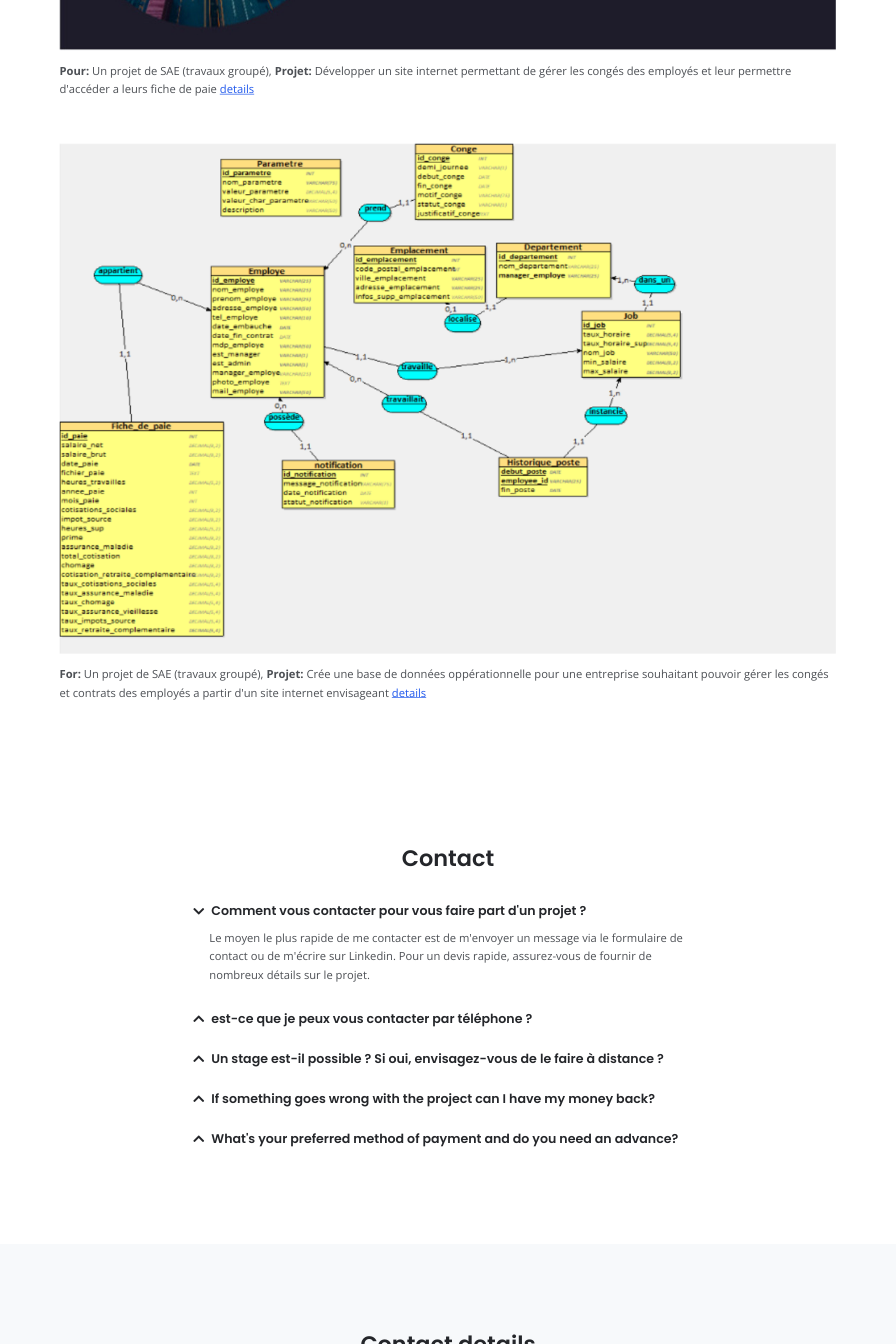
Repository: J2S80000/Portfolio
Page: index.html
The author's editor kept a copy of each file at every save. The page is drawn from the files as they stood at one save, then again after the next save.
The browser window is 1280 px wide. The pictures show the part of the page from y = 4580 to 6500 px (the page is 7529 px tall before and 7557 px after), at 70% of full size.

Above is the page before, as saved 2025-05-05 17:46:39.

After the next save:
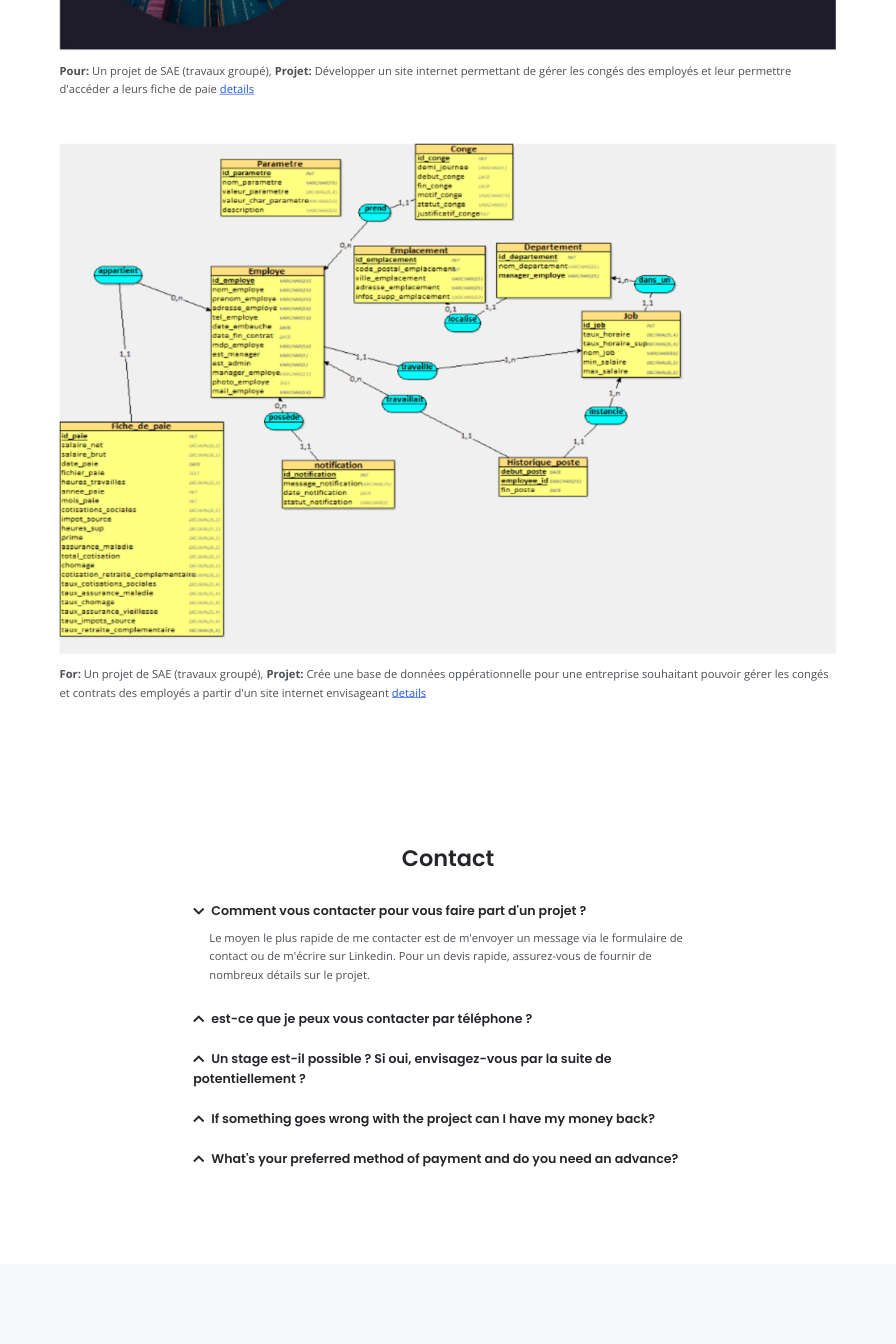
Saved 14 s later.
--- a/index.html
+++ b/index.html
@@ -305,7 +305,7 @@
                         <div class="card">
                             <div class="card-header" id="headingThree">
                                 <button class="btn btn-link btn-block text-left collapsed" type="button" data-toggle="collapse" data-target="#collapseThree" aria-expanded="false" aria-controls="collapseThree">
-                                    Un stage est-il possible ? Si oui, envisagez-vous de le faire à distance ?
+                                    Un stage est-il possible ? Si oui, envisagez-vous par la suite de potentiellement ?
                                 </button>
                             </div>
                             <div id="collapseThree" class="collapse" aria-labelledby="headingThree" data-parent="#accordionExample">
